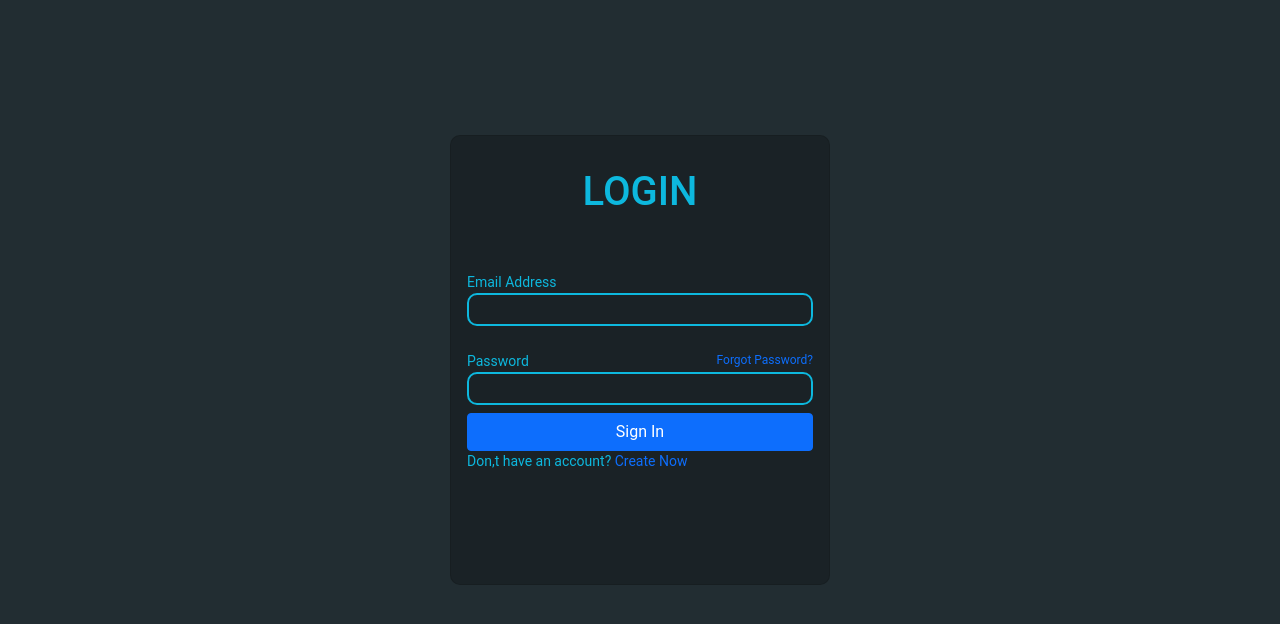
Repository: zjria/Bootstrap_logIn_1
Page: LoginPage/index.html
These files come from the project's save history. The page is drawn as it stood at one moment and after the next save; the edit follows.
The browser window is 1280 px wide. The pictures show the whole page.

Above is the page before, as saved 2022-06-14 11:55:19.

### LoginPage/index.html
<!DOCTYPE html>
<html lang="en">
<head>
    <meta charset="UTF-8">
    <meta http-equiv="X-UA-Compatible" content="IE=edge">
    <meta name="viewport" content="width=device-width, initial-scale=1.0">
    <title>LogIn Page</title>

    <!-- Bootstrap CDN Link -->
    <link href="https://cdn.jsdelivr.net/npm/bootstrap@5.0.2/dist/css/bootstrap.min.css" rel="stylesheet" integrity="sha384-EVSTQN3/azprG1Anm3QDgpJLIm9Nao0Yz1ztcQTwFspd3yD65VohhpuuCOmLASjC" crossorigin="anonymous">

    <!-- Google Font -->
    <link rel="preconnect" href="https://fonts.googleapis.com">
    <link rel="preconnect" href="https://fonts.gstatic.com" crossorigin>
    <!-- Custom Css -->
    <link rel="stylesheet" href="style.css">
</head>
<body>
    <div class="global-container">
        <div class="card login-form">
            <div class="card-body">
                <h1 class="card-body text-center">LOGIN</h1>
                <div class="card-text">
                    <form action="#">

                        <div class="form-group">
                            <label for="exampleInputEmail1">Email Address</label>
                            <input type="email" class="form-control form-control-sm" id="exampleInputEmail1">
                        </div>

                        <div class="form-group">
                            <label for="exampleInputPassword1">Password</label>
                            <a href="#" style="float: right; font-size: 12px;" class="text-decoration-none">Forgot Password?</a>

                            <input type="password" class="form-control form-control-sm mb-2" id="exampleInputPassword1">

                            <div class="d-grid gap-2">

                                <button type="submit" class="btn btn-primary">
                                    Sign In
                                </button>

                              </div>

                            </div>




                        <div class="singUp">Don,t have an account? <a href="#" class="text-decoration-none">Create Now</a></div>
                    </form>
                </div>
            </div>
        </div>
    </div>

<!-- Bootstrap JavaScript Link -->
<script src="https://cdn.jsdelivr.net/npm/bootstrap@5.0.2/dist/js/bootstrap.bundle.min.js" integrity="sha384-MrcW6ZMFYlzcLA8Nl+NtUVF0sA7MsXsP1UyJoMp4YLEuNSfAP+JcXn/tWtIaxVXM" crossorigin="anonymous"></script>

</body>
</html>

### LoginPage/style.css
body, html {
    height: 100%;
    background-color: #222d32 !important;
    font-family: 'Roboto', sans-serif;
}
.global-container{
    height: 100%;
    display: flex;
    align-items: center;
    justify-content: center;
    color: #0db8de;
}
form{
    padding-top: 10px;
    margin-top: 30px;
    font-size: 14px;
}
.login-form{
    width: 380px;
    height: 450px;
    margin: 20px;
    background: #1a2226 !important;
    border-radius: 10px !important;
}

input[type="email"],
input[type="password"]{
    background: #1a2226;
    border: 2px solid #0db8de;
    border-radius: 10px;
    margin-bottom: 25px;
}
input[type="email"]:focus,
input[type="password"]:focus{
    outline: none;
    border: none;
    background: #1a2226;
    margin: 0;
}
.card-title{
    font-weight: 900;
    padding-top: 20px;
}

After the next save:
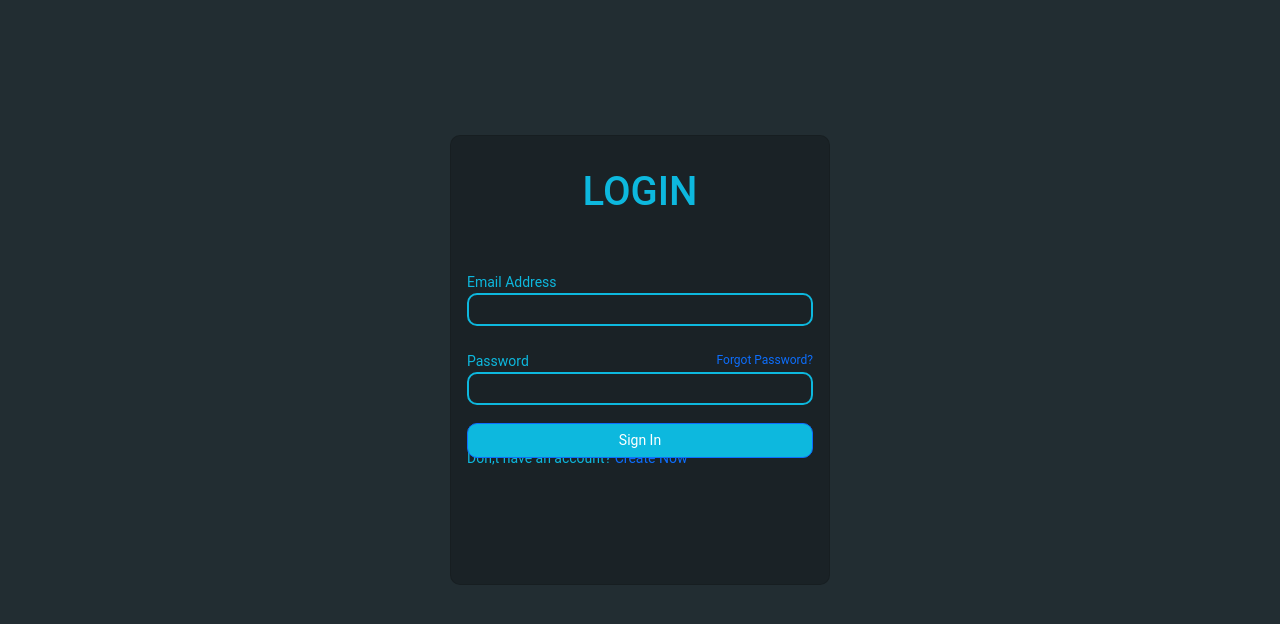
Saved 3 min 33 s later.
--- a/LoginPage/style.css
+++ b/LoginPage/style.css
@@ -41,3 +41,13 @@ input[type="password"]:focus{
     font-weight: 900;
     padding-top: 20px;
 }
+.btn{
+    background: #0db8de;
+    font-size: 14px;
+    transform: translateY(10px);
+    border-radius: 10px !important;
+}
+.signup{
+    text-align: center;
+    padding-top: 25px;
+}
